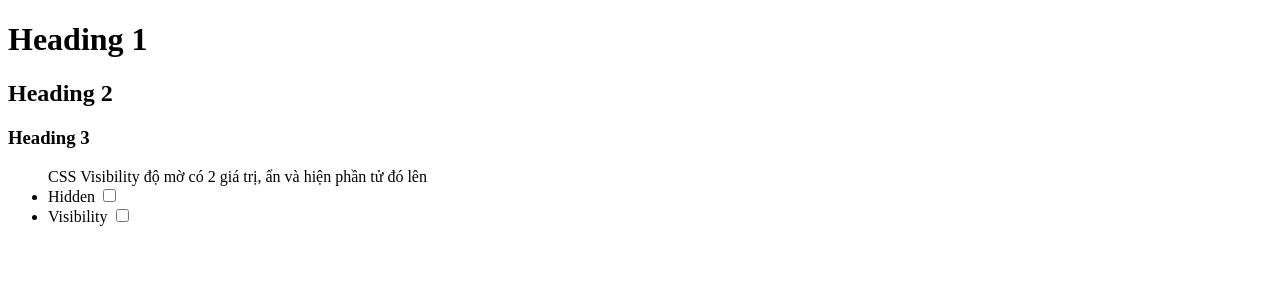
Repository: phanvu0103/HTML-CSS
Page: CSS_23_Thẻ-Inline_và_Thẻ_block/06-Thuộc-tính-visibility/index.html
An editor plug-in stored every save of this project. The page is shown before and after the next save, followed by the edit.
The browser window is 1280 px wide. The pictures show the whole page.

Above is the page before, as saved 2022-10-18 13:14:06.

### CSS_23_Thẻ-Inline_và_Thẻ_block/06-Thuộc-tính-visibility/index.html
<!DOCTYPE html>
<html lang="en">
  <head>
    <meta charset="UTF-8" />
    <meta http-equiv="X-UA-Compatible" content="IE=edge" />
    <meta name="viewport" content="width=device-width, initial-scale=1.0" />
    <link rel="stylesheet" href="./style.css" />
    <title>CSS Visibility</title>
  </head>
  <body>
    <h1>Heading 1</h1>
    <h2>Heading 2</h2>
    <h3>Heading 3</h3>
    <ul>
      CSS Visibility độ mờ có 2 giá trị, ẩn và hiện phần tử đó lên
      <li>
        Hidden
        <input type="checkbox" />
      </li>
      <li>
        Visibility
        <input type="checkbox" />
      </li>
    </ul>
  </body>
</html>

Loaded but not shown: CSS_23_Thẻ-Inline_và_Thẻ_block/06-Thuộc-tính-visibility/style.css (no stored copy; drawn as an empty file)

After the next save:
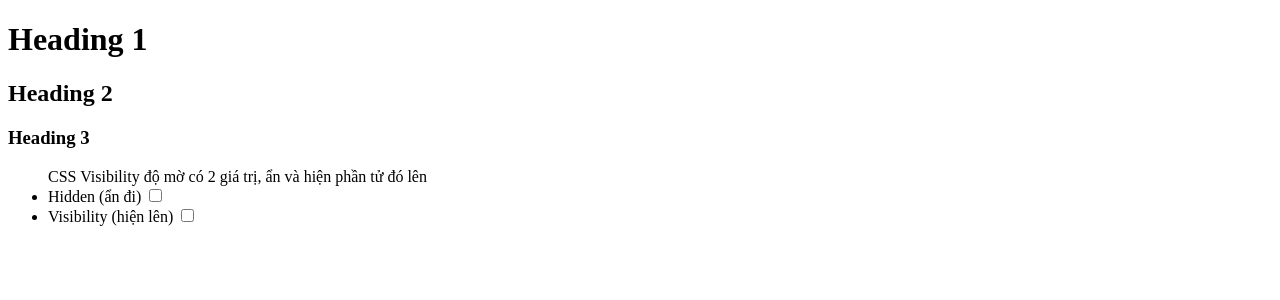
Saved 19 s later.
--- a/CSS_23_Thẻ-Inline_và_Thẻ_block/06-Thuộc-tính-visibility/index.html
+++ b/CSS_23_Thẻ-Inline_và_Thẻ_block/06-Thuộc-tính-visibility/index.html
@@ -14,11 +14,11 @@
     <ul>
       CSS Visibility độ mờ có 2 giá trị, ẩn và hiện phần tử đó lên
       <li>
-        Hidden
+        Hidden (ẩn đi)
         <input type="checkbox" />
       </li>
       <li>
-        Visibility
+        Visibility (hiện lên)
         <input type="checkbox" />
       </li>
     </ul>
